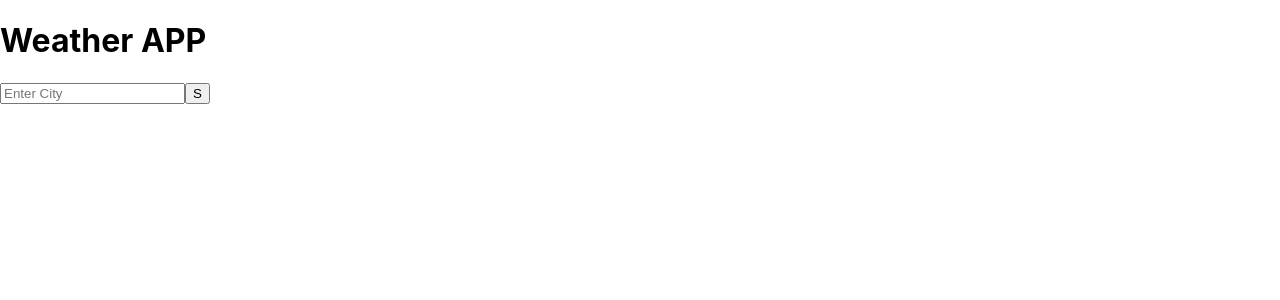
Repository: yavinash249/Weather-1
Page: /
An editor plug-in stored every save of this project. The page is shown before and after a run of saves, followed by the edit.
The browser window is 1280 px wide. The pictures show the whole page.
The project was rebuilt for these pictures with package versions that can differ from the ones it lists, and the page was loaded fresh each time. Also part of the build but not shown: src/App.css, src/Components/WeatherCard.jsx.

Above is the page before, as saved 2023-02-27 14:50:52.

After the next 15 saves:
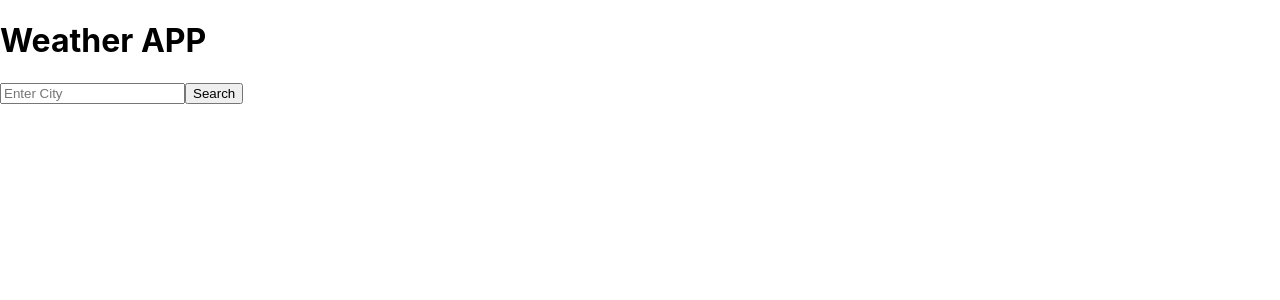
The 15 saves are shown as one change because 1 did not build or start and some came seconds apart.
The last was saved 45 s later.
--- a/src/App.js
+++ b/src/App.js
@@ -30,8 +30,13 @@ function App() {
           value={city}
           onChange={handlechange}
         />
-        <button type="submit">S</button>
+        <button type="submit">Search</button>
       </form>
+      {error ? (
+        <p className='error'>{error}</p>
+      ) : (
+        WeatherCard
+      )}
     </div>
   );
 }
